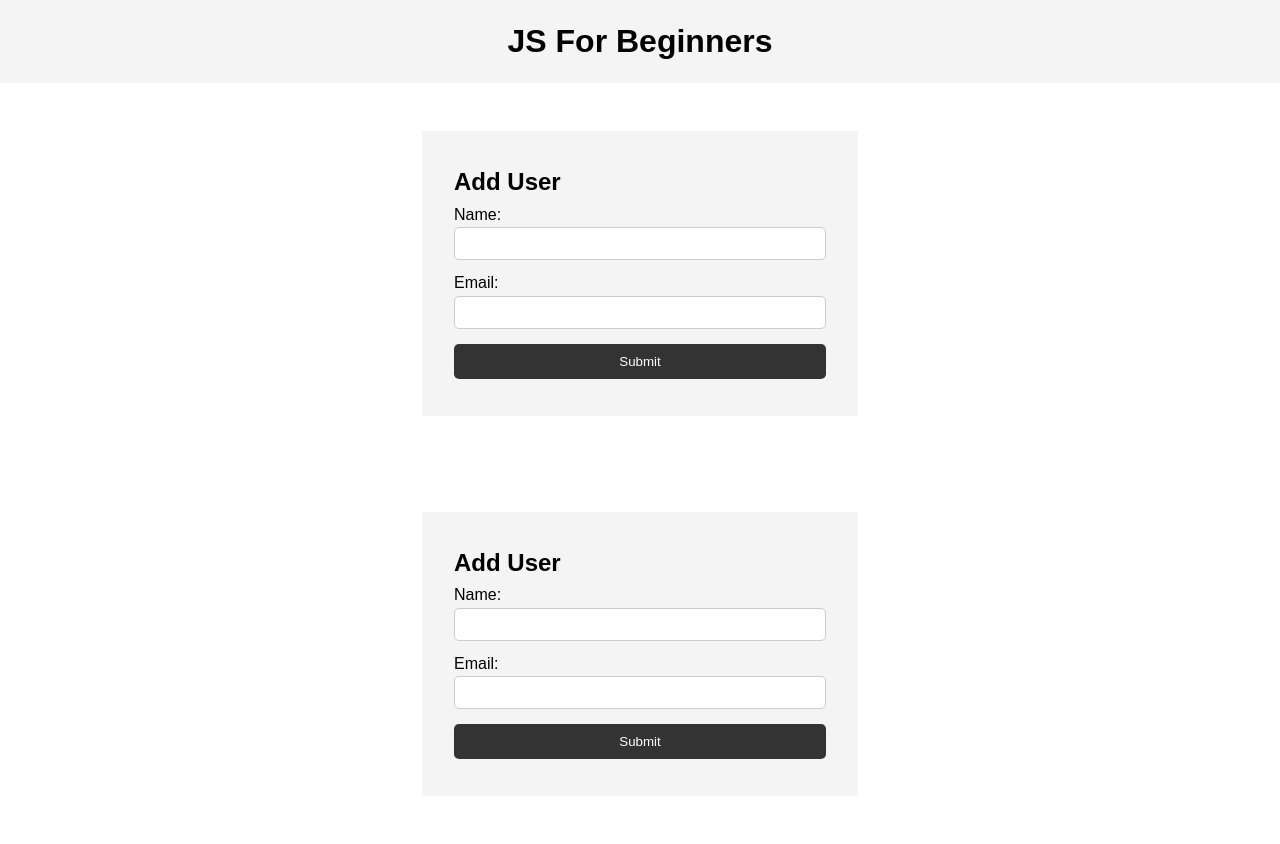
Repository: balkisys/FormationFullStackJS
Page: index.html
The author's editor kept a copy of each file at every save. The page is drawn from the files as they stood at one save, then again after the next save.
The browser window is 1280 px wide. The pictures show the whole page.

Above is the page before, as saved 2021-03-13 09:59:19.

### index.html
<!DOCTYPE html>
<html lang="en">
  <head>
    <meta charset="UTF-8" />
    <meta name="viewport" content="width=device-width, initial-scale=1.0" />
    <meta http-equiv="X-UA-Compatible" content="ie=edge" />
    <title>JS For Beginners</title>
    <link rel="stylesheet" href="style.css">
  </head>
  <body>
    <header>
      <h1>JS For Beginners</h1>
    </header>

    <section class="container">
      <form id="my-form">
        <h1>Add User</h1>
        <div class="msg"></div>
        <div>
          <label for="name">Name:</label>
          <input type="text" id="name">
        </div>
        <div>
          <label for="email">Email:</label>
          <input type="text" id="email">
        </div>
        <input class="btn" type="submit" value="Submit">
      </form>

      <ul id="users"></ul>

      <!-- <ul class="items">
        <li class="item">Item 1</li>
        <li class="item">Item 2</li>
        <li class="item">Item 3</li>
      </ul> -->
    </section>
    <section class="container">
      <form id="my-form">
        <h1>Add User</h1>
        <div class="msg"></div>
        <div>
          <label for="name">Name:</label>
          <input type="text" id="name">
        </div>
        <div>
          <label for="email">Email:</label>
          <input type="text" id="email">
        </div>
        <input class="btn" type="submit" value="Submit">
      </form>

      <ul id="users"></ul>

      <!-- <ul class="items">
        <li class="item">Item 1</li>
        <li class="item">Item 2</li>
        <li class="item">Item 3</li>
      </ul> -->
    </section>


    <script src="test.js">

// the page automaticlly reload alert('Hello word');

    </script>
  </body>
</html>

### style.css
* {
    margin: 0;
    padding: 0;
    box-sizing: border-box;
}

body {
    font-family: Arial, Helvetica, sans-serif;
    line-height: 1.6;
}

ul {
    list-style: none;
}

ul li {
    padding: 5px;
    background: #f4f4f4;
    margin: 5px 0;
}

header {
    background: #f4f4f4;
    padding: 1rem;
    text-align: center;
}

.container {
    margin: auto;
    width: 500px;
    overflow: auto;
    padding: 3rem 2rem;
}

#my-form {
    padding: 2rem;
    background: #f4f4f4;
}

#my-form label {
    display: block;
}

#my-form input[type='text'] {
    width: 100%;
    padding: 8px;
    margin-bottom: 10px;
    border-radius: 5px;
    border: 1px solid #ccc;
}

.btn {
    display: block;
    width: 100%;
    padding: 10px 15px;
    border: 0;
    background: #333;
    color: #fff;
    border-radius: 5px;
    margin: 5px 0;
}

.btn:hover {
    background: #444;
}

.bg-dark {
    background: #333;
    color: #fff;
}

.error {
    background: orangered;
    color: #fff;
    padding: 5px;
    margin: 5px;
}

Loaded but not shown: test.js (no stored copy; drawn as an empty file)

After the next save:
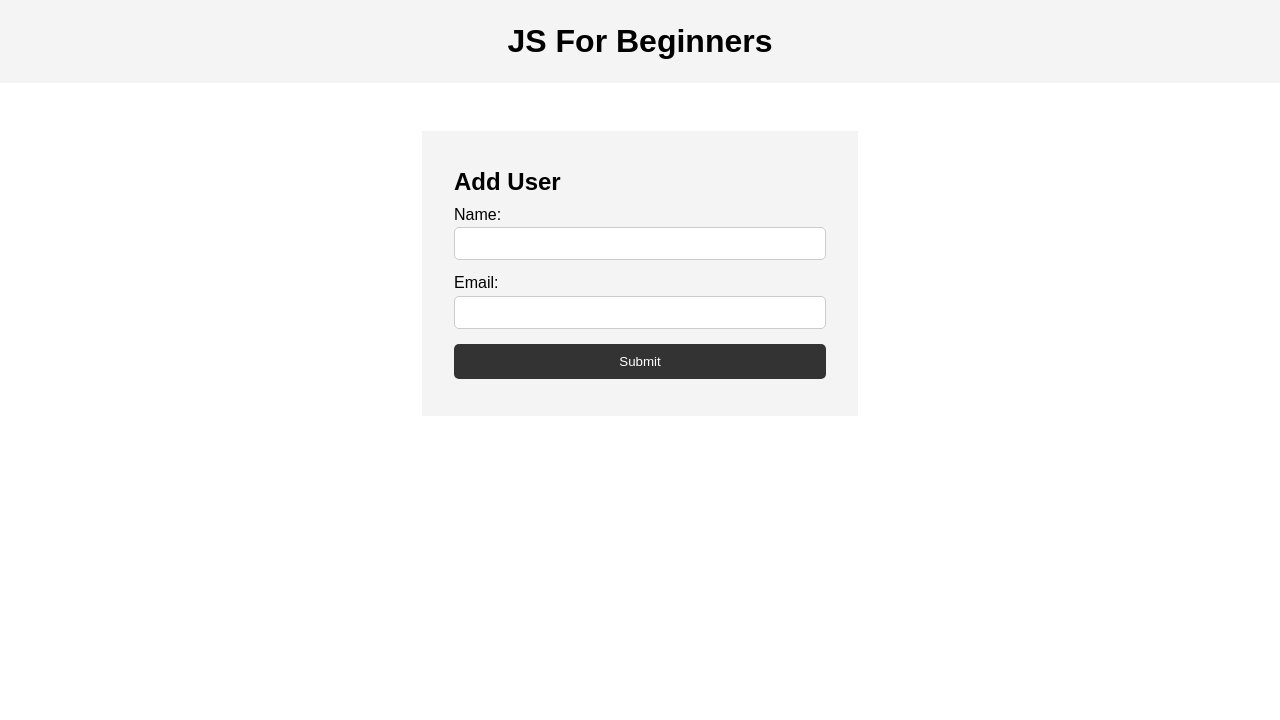
Saved 15 s later.
--- a/index.html
+++ b/index.html
@@ -35,29 +35,7 @@
         <li class="item">Item 3</li>
       </ul> -->
     </section>
-    <section class="container">
-      <form id="my-form">
-        <h1>Add User</h1>
-        <div class="msg"></div>
-        <div>
-          <label for="name">Name:</label>
-          <input type="text" id="name">
-        </div>
-        <div>
-          <label for="email">Email:</label>
-          <input type="text" id="email">
-        </div>
-        <input class="btn" type="submit" value="Submit">
-      </form>
 
-      <ul id="users"></ul>
-
-      <!-- <ul class="items">
-        <li class="item">Item 1</li>
-        <li class="item">Item 2</li>
-        <li class="item">Item 3</li>
-      </ul> -->
-    </section>
 
 
     <script src="test.js">
